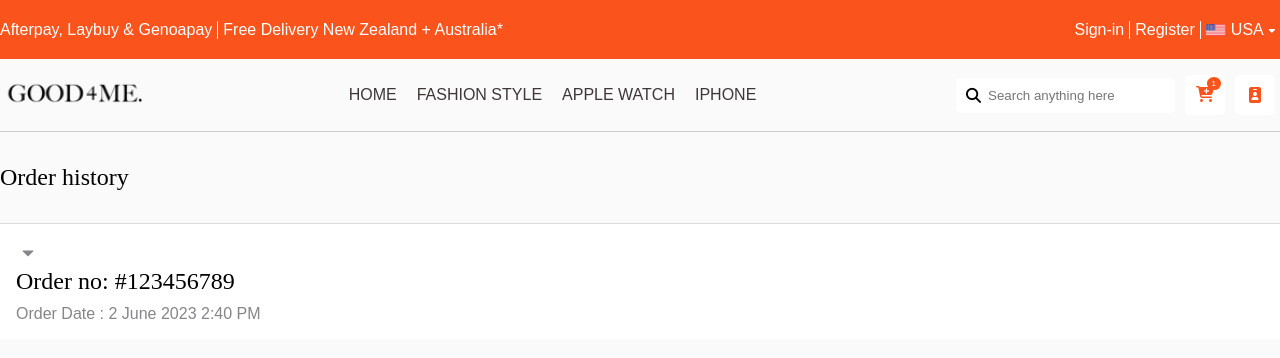
Repository: Ngoc28/Shoppe-web
Page: html/history.html
An editor plug-in stored every save of this project. The page is shown before and after the next save, followed by the edit.
The browser window is 1280 px wide. The pictures show the whole page.
Some web fonts or font styles are not loaded; a fallback is used.

Above is the page before, as saved 2023-08-08 22:49:28.

After the next save:
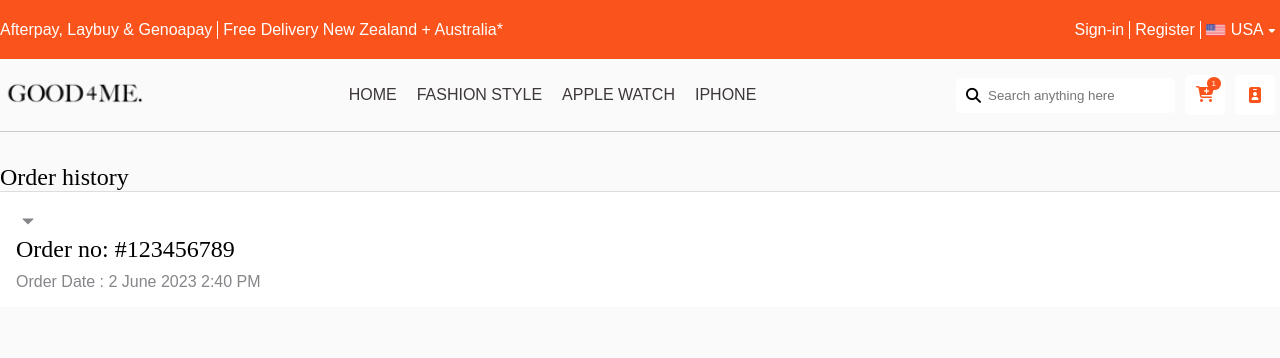
Saved 46 s later.
--- a/accest/css/history.css
+++ b/accest/css/history.css
@@ -8,7 +8,7 @@
 }
 
 .container-heading {
-    margin: 32px 0;
+    margin: 32px 0 0;
 }
 
 .container-heading p {
